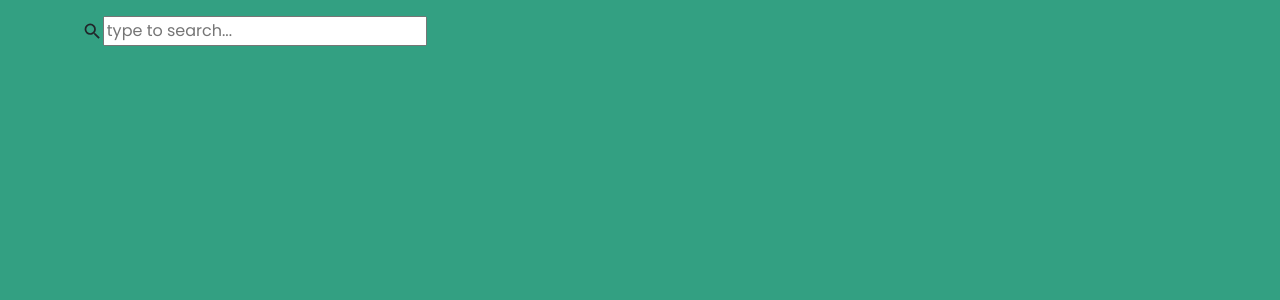
Repository: DeraBola/user-app
Page: /
An editor plug-in stored every save of this project. The page is shown before and after the next save, followed by the edit.
The browser window is 1280 px wide. The pictures show the whole page.
The page's requests for data from a server got no answer. The project was rebuilt for these pictures with package versions that can differ from the ones it lists, and the page was loaded fresh each time. No one was signed in, and anything a server would have sent is missing.

Above is the page before, as saved 2022-08-09 21:23:13.

### src/index.js
import React from 'react';
import ReactDOM from 'react-dom/client';
import './index.css';
import App from './App';


const root = ReactDOM.createRoot(document.getElementById('root'));
root.render(
  <React.StrictMode>
    <App />
  </React.StrictMode>
);

### src/App.js

 import React, { useState, useEffect } from "react";
 import "bootstrap/dist/css/bootstrap.min.css"
 import './App.css'
 import UsersList from "../src/components/UsersList";
 import Search from "../src/components/Search";

const App = () => {

const [users, setusers] = useState([]);
const getUsersRequest = async () =>{
    const url = "https://jsonplaceholder.typicode.com/users";

    const response = await fetch(url);
    const responseJson = await response.json();
setusers(responseJson)
    console.log(responseJson);
};

useEffect(() => {
    getUsersRequest();
}, []);


  return (
    <div className="container">
      <Search />
      <div className="grid">
      <UsersList users={users} />
    </div>
    </div>
  )
};

export default App;

### src/App.css
        @import url('https://fonts.googleapis.com/css2?family=Manrope:wght@300;400&family=Poppins:wght@300;400;500;600&display=swap');
        body {
            font-family: 'Poppins', sans-serif;
            margin: 0;
            padding: 0;
            text-decoration: none;
            list-style-type: none;
            outline: none;
            background: #33a082;
        }

        .container {
            width: 100%;
            margin: 1em auto;
        }

        .grid {
            display: grid;
            grid-gap: 1rem;
            grid-template-columns: repeat(auto-fit, minmax(250px, 1fr));
            justify-content: center;
        }

        .card {
            border: 10px;
            background: rgba(255, 255, 255, 0.1);
            backdrop-filter: blur(5px);
            border-top: 1px solid #a03351;
            border-left: 1px solid #a03351;
            margin-top: 10px;
            padding: 5px;
        }

        .name {
            font-size: 20px;
            font-weight: 600;
        }

        .card h3 {
            font-size: 15px;
            font-weight: 500;
        }

        .search {
            display: flex;
            align-items: center;
            background-color: ;
        }

### src/components/UsersList.js
import React from "react";

const UsersList = (props) =>{
    return (
        <>
        {props.users.map((user, index) => (
        <div>
            <h2>{user.name}</h2>
        </div>
    ))}
        </>
    );
};

export default UsersList;

### src/components/Search.js
import React from "react";
import { MdSearch } from 'react-icons/md';

const Search = () => {
    return (
<div  className="search">
<MdSearch className="search-icons" size='1.3em' />
<input type='text' placeholder="type to search..." />
</div>
    )
};

export default Search;

Loaded but not shown: public/index.html (common file); src/index.css (common file)

After the next save:
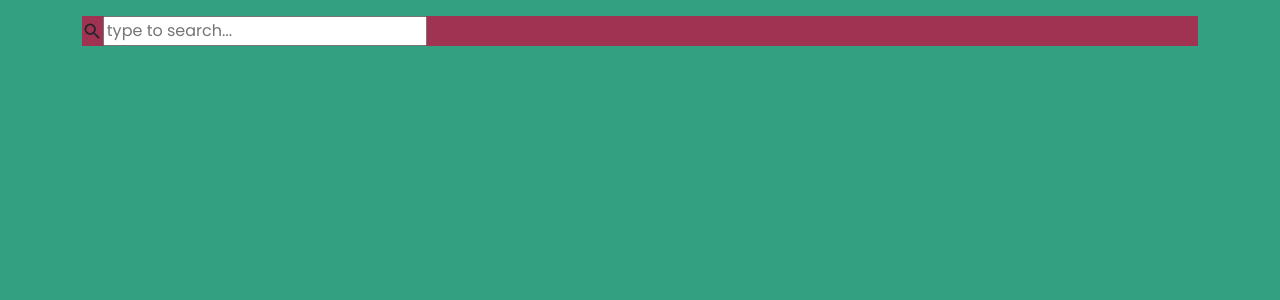
Saved 72 s later.
--- a/src/App.css
+++ b/src/App.css
@@ -44,5 +44,5 @@
         .search {
             display: flex;
             align-items: center;
-            background-color: ;
+            background-color: #a03351;
         }
